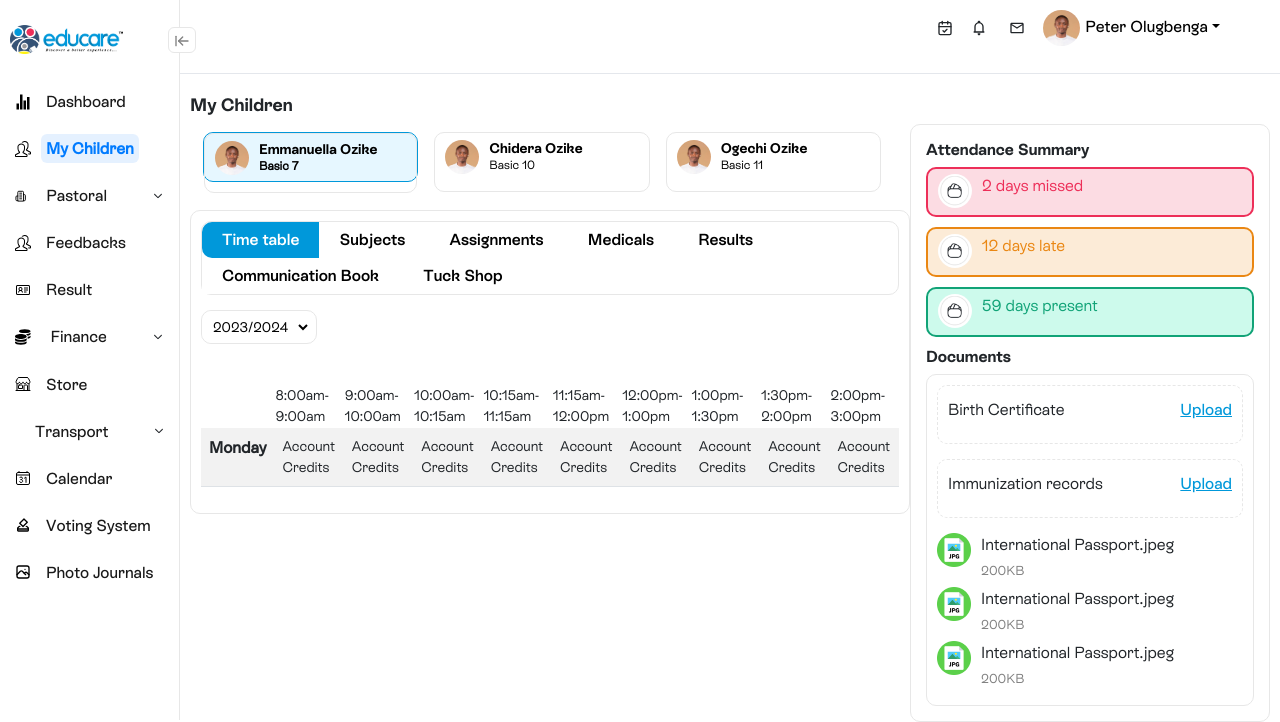
Repository: sarahnnanyelugo/educare-dashboards
Page: /my-children
An editor plug-in stored every save of this project. The page is shown before and after the next save, followed by the edit.
The browser window is 1280 px wide. The pictures show the whole page.
The project was rebuilt for these pictures with package versions that can differ from the ones it lists, and the page was loaded fresh each time. Also part of the build but not shown: src/Dashboards/Parents/MainView/main-view.scss, src/components/News/news.scss, src/components/News/News.js, src/TestData/newsData.js, src/TestData/schEvents.js, src/components/ResultChart/ResultChart.js, src/components/Calender/calender.scss, src/components/Calender/Calender.js and 6 more.

Above is the page before, as saved 2024-10-16 11:36:49.

After the next save:
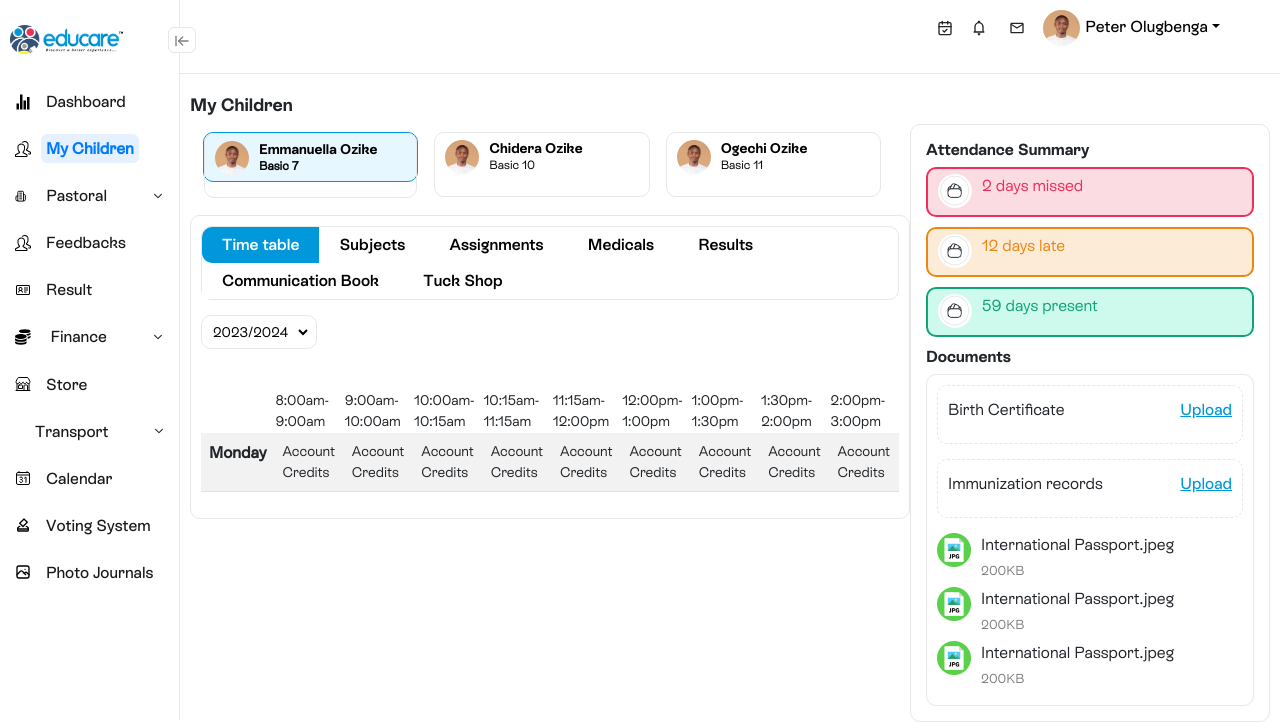
Saved 9 s later.
--- a/src/Dashboards/Parents/MyChildren/my-children.scss
+++ b/src/Dashboards/Parents/MyChildren/my-children.scss
@@ -31,7 +31,7 @@
 }
 
 .children-div {
-  height: 60px;
+  height: 65px;
   padding: 7px 10px;
   margin-bottom: 10px;
   color: #000;
